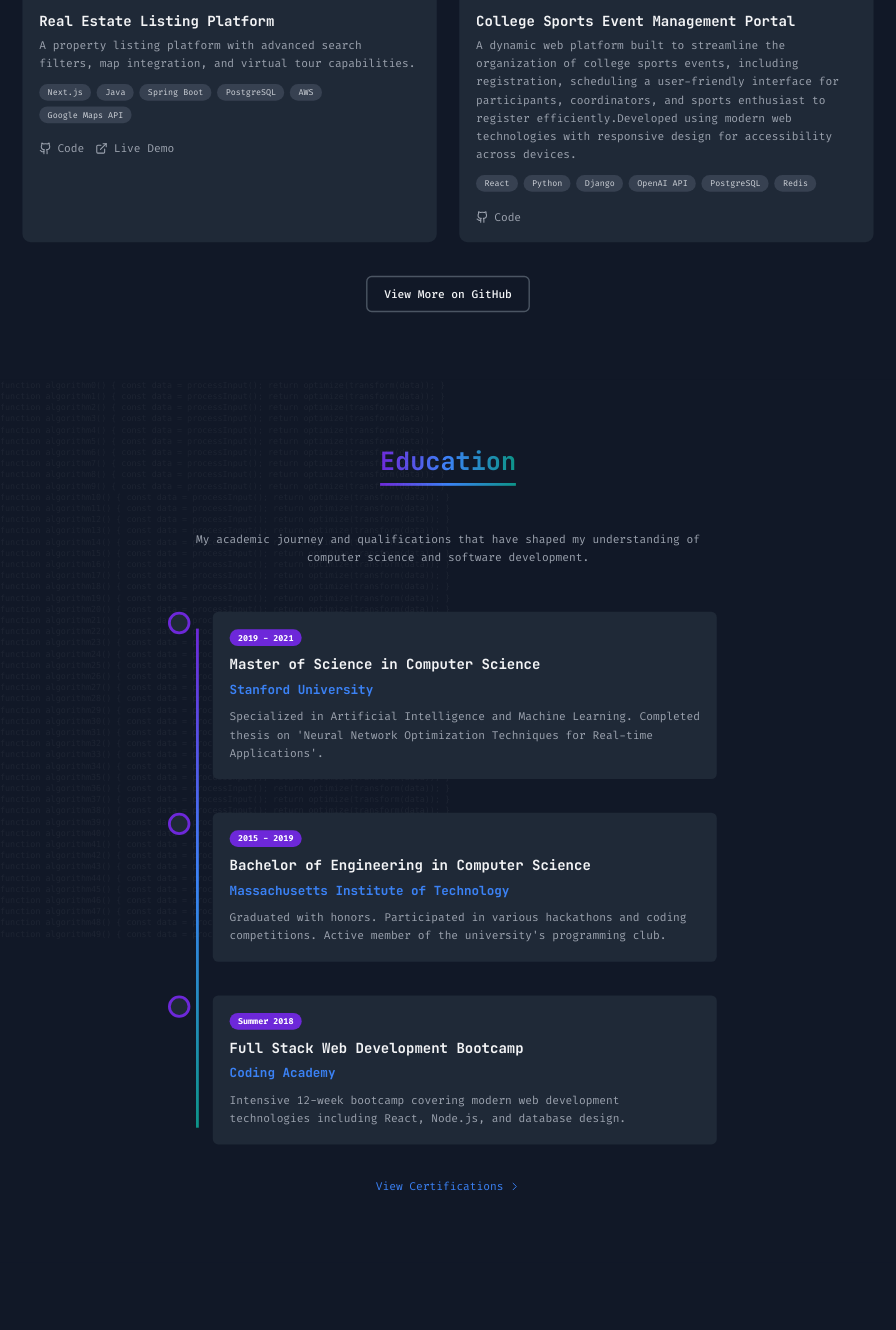
Repository: Saquib45/portfolio
Page: /
These files come from the project's save history. The page is drawn as it stood at one moment and after a run of saves; the edit follows.
The browser window is 1280 px wide. The pictures show the part of the page from y = 3520 to 5420 px (the page is 7712 px tall), at 70% of full size.
The project was rebuilt for these pictures with package versions that can differ from the ones it lists, and the page was loaded fresh each time. Also part of the build but not shown: vite.config.ts.

Above is the page before, as saved 2025-04-23 21:36:08.

### index.html
<!doctype html>
<html lang="en">
  <head>
    <meta charset="UTF-8" />
    <link rel="icon" type="image/svg+xml" href="/vite.svg" />
    <meta name="viewport" content="width=device-width, initial-scale=1.0" />
    <title>Developer Portfolio | Fullstack Software Engineer</title>
    <link rel="preconnect" href="https://fonts.googleapis.com">
    <link rel="preconnect" href="https://fonts.gstatic.com" crossorigin>
    <link href="https://fonts.googleapis.com/css2?family=JetBrains+Mono:wght@400;500;700&family=Fira+Code:wght@300;400;500;700&display=swap" rel="stylesheet">
  </head>
  <body>
    <div id="root"></div>
    <script type="module" src="/src/main.tsx"></script>
  </body>
</html>

### src/App.tsx
import React from 'react';
import Navbar from './components/Navbar';
import Hero from './components/Hero';
import Skills from './components/Skills';
import Projects from './components/Projects';
import Education from './components/Education';
import About from './components/About';
import Contact from './components/Contact';
import Footer from './components/Footer';
import FloatingNav from './components/FloatingNav';

function App() {
  return (
    <div className="bg-gray-900 text-gray-100 font-fira">
      <Navbar />
      <main>
        <Hero />
        <Skills />
        <Projects />
        <Education />
        <About />
        <Contact />
      </main>
      <Footer />
      <FloatingNav />
    </div>
  );
}

export default App;

### src/index.css
@tailwind base;
@tailwind components;
@tailwind utilities;

@layer base {
  html {
    scroll-behavior: smooth;
  }

  body {
    @apply bg-gray-900 text-gray-100;
    overflow-x: hidden;
  }

  h1, h2, h3, h4, h5, h6 {
    @apply font-jetbrains font-bold;
  }

  h1 {
    @apply text-4xl md:text-5xl lg:text-6xl;
  }

  h2 {
    @apply text-3xl md:text-4xl;
  }

  h3 {
    @apply text-2xl md:text-3xl;
  }

  p {
    @apply leading-relaxed;
  }
}

@layer components {
  .container-custom {
    @apply container mx-auto px-4 sm:px-6 lg:px-8 max-w-7xl;
  }

  .gradient-text {
    @apply bg-clip-text text-transparent bg-gradient-to-r from-primary via-accent to-secondary;
  }

  .section-padding {
    @apply py-16 md:py-24;
  }

  .section-title {
    @apply text-3xl md:text-4xl font-bold mb-12 text-center relative pb-4 inline-block;
  }

  .section-title::after {
    content: '';
    @apply absolute bottom-0 left-0 w-full h-1 bg-gradient-to-r from-primary via-accent to-secondary;
  }

  .card {
    @apply bg-gray-800 rounded-lg p-6 transition-all;
  }

  .btn {
    @apply inline-flex items-center justify-center px-6 py-3 rounded-lg font-medium transition-all duration-300 focus:outline-none focus:ring-2 focus:ring-offset-2 focus:ring-offset-gray-900;
  }

  .btn-primary {
    @apply bg-primary hover:bg-primary-600 text-white focus:ring-primary;
  }

  .btn-secondary {
    @apply bg-secondary hover:bg-secondary-600 text-white focus:ring-secondary;
  }

  .btn-accent {
    @apply bg-accent hover:bg-accent-600 text-white focus:ring-accent;
  }

  .btn-outline {
    @apply border-2 border-gray-600 hover:border-primary hover:text-primary focus:ring-primary;
  }

  .input {
    @apply block w-full px-4 py-3 bg-gray-800 border border-gray-700 rounded-lg focus:outline-none focus:ring-2 focus:ring-primary focus:border-transparent transition-colors;
  }
}

/* Scroll animations */
.fade-in-section {
  opacity: 0;
  transform: translateY(20px);
  transition: opacity 0.6s ease-out, transform 0.6s ease-out;
}

.fade-in-section.is-visible {
  opacity: 1;
  transform: translateY(0);
}

/* Project card hover effect */
.project-card {
  transition: transform 0.3s ease, box-shadow 0.3s ease;
}

.project-card:hover {
  transform: translateY(-5px);
  box-shadow: 0 10px 20px rgba(0, 0, 0, 0.2);
}

/* Cursor animation */
.cursor {
  display: inline-block;
  width: 2px;
  height: 1em;
  background-color: currentColor;
  margin-left: 2px;
  animation: blink 1s infinite;
}

@keyframes blink {
  0%, 100% { opacity: 1; }
  50% { opacity: 0; }
}

/* Skill card hover effect */
.skill-card {
  transition: all 0.3s ease;
}

.skill-card:hover {
  transform: translateY(-5px);
  box-shadow: 0 0 15px rgba(109, 40, 217, 0.5);
}

### src/components/Hero.tsx
import React from 'react';
import { motion } from 'framer-motion';
import { TypeAnimation } from 'react-type-animation';
import { ChevronDown } from 'lucide-react';
import { Link } from 'react-scroll';

const Hero: React.FC = () => {
  return (
    <section
      id="hero"
      className="relative min-h-screen flex items-center justify-center bg-hero-pattern bg-gray-900 overflow-hidden"
    >
      <div className="absolute inset-0 bg-gradient-radial from-transparent to-gray-900 z-0"></div>

      {/* Animated Background Elements */}
      <div className="absolute inset-0 z-0">
        <motion.div
          className="absolute top-1/4 left-1/4 w-64 h-64 bg-primary/20 rounded-full blur-3xl"
          animate={{
            x: [0, 50, 0],
            y: [0, 30, 0],
          }}
          transition={{
            duration: 15,
            repeat: Infinity,
            ease: "easeInOut"
          }}
        />
        <motion.div
          className="absolute bottom-1/3 right-1/3 w-96 h-96 bg-secondary/20 rounded-full blur-3xl"
          animate={{
            x: [0, -70, 0],
            y: [0, 40, 0],
          }}
          transition={{
            duration: 18,
            repeat: Infinity,
            ease: "easeInOut",
            delay: 1
          }}
        />
        <motion.div
          className="absolute top-1/2 right-1/4 w-72 h-72 bg-accent/20 rounded-full blur-3xl"
          animate={{
            x: [0, 60, 0],
            y: [0, -40, 0],
          }}
          transition={{
            duration: 20,
            repeat: Infinity,
            ease: "easeInOut",
            delay: 2
          }}
        />
      </div>

      <div className="container-custom relative z-10">
        <motion.div
          className="text-center"
          initial={{ opacity: 0, y: 20 }}
          animate={{ opacity: 1, y: 0 }}
          transition={{ duration: 0.8 }}
        >
          <motion.p
            className="text-lg md:text-xl text-accent mb-4"
            initial={{ opacity: 0 }}
            animate={{ opacity: 1 }}
            transition={{ delay: 0.2, duration: 0.8 }}
          >
            Hello, I'm
          </motion.p>

          <motion.h1
            className="text-4xl md:text-6xl lg:text-7xl font-bold mb-6"
            initial={{ opacity: 0 }}
            animate={{ opacity: 1 }}
            transition={{ delay: 0.4, duration: 0.8 }}
          >
            <span className="gradient-text">Sakib Maniyar</span>
          </motion.h1>

          <motion.div
            className="text-xl md:text-3xl text-gray-300 mb-8 h-16 flex justify-center items-center"
            initial={{ opacity: 0 }}
            animate={{ opacity: 1 }}
            transition={{ delay: 0.6, duration: 0.8 }}
          >
            <TypeAnimation
              sequence={[
                'Fullstack Developer',
                2000,
                'Software Developer',
                2000,
                'Problem Solver',
                2000,
                'Code Craftsman',
                2000,
              ]}
              speed={50}
              repeat={Infinity}
              className="font-jetbrains"
            />
          </motion.div>

          <motion.div
            className="flex flex-col sm:flex-row justify-center gap-4"
            initial={{ opacity: 0 }}
            animate={{ opacity: 1 }}
            transition={{ delay: 0.8, duration: 0.8 }}
          >
            <Link
              to="projects"
              smooth={true}
              duration={800}
              offset={-70}
              className="btn btn-primary"
            >
              View My Work
            </Link>
            <Link
              to="contact"
              smooth={true}
              duration={800}
              offset={-70}
              className="btn btn-outline"
            >
              Contact Me
            </Link>
          </motion.div>
        </motion.div>
      </div>

      <div className="absolute bottom-8 left-1/2 transform -translate-x-1/2 z-10">
        <motion.div
          animate={{ y: [0, 10, 0] }}
          transition={{
            duration: 1.5,
            repeat: Infinity,
            ease: "easeInOut"
          }}
        >
          <Link
            to="skills"
            smooth={true}
            duration={800}
            className="cursor-pointer"
          >
            <ChevronDown className="w-8 h-8 text-gray-400 hover:text-white transition-colors" />
          </Link>
        </motion.div>
      </div>
    </section>
  );
};

export default Hero;

### src/components/Projects.tsx
import React from 'react';
import { motion } from 'framer-motion';
import { useInView } from 'react-intersection-observer';
import { Github, ExternalLink } from 'lucide-react';

interface Project {
  id: number;
  title: string;
  description: string;
  image: string;
  technologies: string[];
  githubUrl: string;
  liveUrl?: string;
}

const Projects: React.FC = () => {
  const [ref, inView] = useInView({
    triggerOnce: true,
    threshold: 0.1,
  });

  const containerVariants = {
    hidden: { opacity: 0 },
    visible: {
      opacity: 1,
      transition: {
        staggerChildren: 0.3,
      },
    },
  };

  const itemVariants = {
    hidden: { y: 50, opacity: 0 },
    visible: {
      y: 0,
      opacity: 1,
      transition: { duration: 0.6, ease: "easeOut" },
    },
  };

  const projects: Project[] = [
    {
      id: 1,
      title: "Smart Contact Manager",
      description: "A full-stack web application to securely manage personal and professional contacts with user authentication. Built using Spring Boot, Thymeleaf, and Tailwind CSS with CRUD operations and role-based access",
      image: "https://encrypted-tbn0.gstatic.com/images?q=tbn:ANd9GcRo5Ic9BMsl1UCj-E2mSzL5K9LyPsfLgJky8g&s",
      technologies: ["Java", "Spring Boot", "SQL", "HTML", "CSS", "JavaScript", "Thymeleaf", "Tailwind CSS"],
      githubUrl: "https://github.com/Saquib45/Manage-Contact.git",
      // liveUrl: "https://example.com",
    },
    {
      id: 1,
      title: "smart contact manager",
      description: "A real-time chat application enabling seamless one-to-one and group messaging with instant delivery. Built using WebSockets for real-time communication and a modern, responsive UI for a smooth user experience.",
      image: "https://images.pexels.com/photos/27550988/pexels-photo-27550988/free-photo-of-a-person-holding-a-cell-phone-in-front-of-a-wooden-table.jpeg?auto=compress&cs=tinysrgb&w=1260&h=750&dpr=2",
      technologies: ["Java", "Spring Boot", "MongoDB", "HTML", "CSS", "JavaScript", "React", "Tailwind CSS"],
      githubUrl: "https://github.com/Saquib45/ChatApplication.git",
      // liveUrl: "https://example.com",
    },
    {
      id: 3,
      title: "Real Estate Listing Platform",
      description: "A property listing platform with advanced search filters, map integration, and virtual tour capabilities.",
      image: "https://images.pexels.com/photos/1546168/pexels-photo-1546168.jpeg?auto=compress&cs=tinysrgb&w=1260&h=750&dpr=2",
      technologies: ["Next.js", "Java", "Spring Boot", "PostgreSQL", "AWS", "Google Maps API"],
      githubUrl: "https://github.com",
      liveUrl: "https://example.com",
    },
    {
      id: 4,
      title: "College Sports Event Management Portal",
      description: "A dynamic web platform built to streamline the organization of college sports events, including registration, scheduling a user-friendly interface for participants, coordinators, and sports enthusiast to register efficiently.Developed using modern web technologies with responsive design for accessibility across devices.",
      image: "https://images.pexels.com/photos/5380642/pexels-photo-5380642.jpeg?auto=compress&cs=tinysrgb&w=1260&h=750&dpr=2",
      technologies: ["React", "Python", "Django", "OpenAI API", "PostgreSQL", "Redis"],
      githubUrl: "https://github.com",
    },
  ];

  return (
    <section id="projects" className="section-padding bg-gray-900">
      <div className="container-custom">
        <div className="text-center mb-16">
          <h2 className="section-title inline-block">
            <span className="gradient-text">Featured Projects</span>
          </h2>
          <p className="mt-4 text-gray-400 max-w-3xl mx-auto">
            A selection of my recent work, showcasing my skills in frontend and backend development,
            as well as my ability to create complete, production-ready applications.
          </p>
        </div>

        <motion.div
          ref={ref}
          variants={containerVariants}
          initial="hidden"
          animate={inView ? "visible" : "hidden"}
          className="grid grid-cols-1 md:grid-cols-2 gap-8"
        >
          {projects.map((project) => (
            <motion.div
              key={project.id}
              variants={itemVariants}
              className="project-card bg-gray-800 rounded-xl overflow-hidden"
            >
              <div className="relative h-60 overflow-hidden">
                <img
                  src={project.image}
                  alt={project.title}
                  className="w-full h-full object-cover transition-transform duration-500 hover:scale-110"
                />
              </div>
              <div className="p-6">
                <h3 className="text-xl font-bold mb-2">{project.title}</h3>
                <p className="text-gray-400 mb-4">{project.description}</p>
                <div className="mb-6">
                  <div className="flex flex-wrap gap-2">
                    {project.technologies.map((tech, index) => (
                      <span
                        key={index}
                        className="text-xs px-3 py-1 bg-gray-700 text-gray-300 rounded-full"
                      >
                        {tech}
                      </span>
                    ))}
                  </div>
                </div>
                <div className="flex gap-4">
                  <a
                    href={project.githubUrl}
                    target="_blank"
                    rel="noopener noreferrer"
                    className="flex items-center gap-2 text-gray-400 hover:text-primary transition-colors"
                  >
                    <Github size={18} />
                    <span>Code</span>
                  </a>
                  {project.liveUrl && (
                    <a
                      href={project.liveUrl}
                      target="_blank"
                      rel="noopener noreferrer"
                      className="flex items-center gap-2 text-gray-400 hover:text-accent transition-colors"
                    >
                      <ExternalLink size={18} />
                      <span>Live Demo</span>
                    </a>
                  )}
                </div>
              </div>
            </motion.div>
          ))}
        </motion.div>

        <div className="mt-12 text-center">
          <a
            href="https://github.com"
            target="_blank"
            rel="noopener noreferrer"
            className="btn btn-outline"
          >
            View More on GitHub
          </a>
        </div>
      </div>
    </section>
  );
};

export default Projects;

### src/components/Footer.tsx
import React from 'react';
import { Github, Linkedin, Twitter, ArrowUp } from 'lucide-react';
import { Link } from 'react-scroll';

const Footer: React.FC = () => {
  const currentYear = new Date().getFullYear();

  return (
    <footer className="bg-gray-950 pt-16 pb-6 relative">
      <div className="container-custom">
        <div className="grid grid-cols-1 md:grid-cols-2 lg:grid-cols-4 gap-8 mb-12">
          <div>
            <h4 className="text-xl font-bold mb-4 gradient-text">
              DEVFOLIO
            </h4>
            <p className="text-gray-400 mb-4">
              Fullstack developer specializing in building exceptional digital experiences.
            </p>
            <div className="flex space-x-4">
              <a
                href="https://github.com"
                target="_blank"
                rel="noopener noreferrer"
                className="text-gray-400 hover:text-primary transition-colors"
                aria-label="GitHub"
              >
                <Github size={20} />
              </a>
              <a
                href="https://linkedin.com"
                target="_blank"
                rel="noopener noreferrer"
                className="text-gray-400 hover:text-accent transition-colors"
                aria-label="LinkedIn"
              >
                <Linkedin size={20} />
              </a>
              <a
                href="https://twitter.com"
                target="_blank"
                rel="noopener noreferrer"
                className="text-gray-400 hover:text-secondary transition-colors"
                aria-label="Twitter"
              >
                <Twitter size={20} />
              </a>
            </div>
          </div>

          <div>
            <h4 className="text-lg font-bold mb-4">Navigation</h4>
            <ul className="space-y-2">
              {['Home', 'Skills', 'Projects', 'Education', 'About', 'Contact'].map((item) => (
                <li key={item}>
                  <Link
                    to={item.toLowerCase()}
                    smooth={true}
                    duration={500}
                    offset={-70}
                    className="text-gray-400 hover:text-primary transition-colors cursor-pointer"
                  >
                    {item}
                  </Link>
                </li>
              ))}
            </ul>
          </div>

          <div>
            <h4 className="text-lg font-bold mb-4">Services</h4>
            <ul className="space-y-2">
              {['Web Development', 'Frontend Design', 'Backend Systems', 'API Development', 'Database Design', 'UI/UX Design'].map((item) => (
                <li key={item}>
                  <span className="text-gray-400 cursor-default">{item}</span>
                </li>
              ))}
            </ul>
          </div>

          <div>
            <h4 className="text-lg font-bold mb-4">Contact</h4>
            <ul className="space-y-2 text-gray-400">
              <li>San Francisco, California</li>
              <li>contact@johndoe.dev</li>
              <li>+1 (234) 567-8900</li>
            </ul>
          </div>
        </div>

        <div className="border-t border-gray-800 pt-6 mt-6 flex flex-col sm:flex-row justify-between items-center">
          <p className="text-gray-500 text-sm mb-4 sm:mb-0">
            &copy; {currentYear} John Doe. All rights reserved.
          </p>
          <Link
            to="hero"
            smooth={true}
            duration={800}
            className="p-3 bg-gray-800 rounded-full text-gray-400 hover:text-white transition-colors cursor-pointer"
            aria-label="Back to top"
          >
            <ArrowUp size={20} />
          </Link>
        </div>
      </div>
    </footer>
  );
};

export default Footer;

### src/components/FloatingNav.tsx
import React, { useState, useEffect } from 'react';
import { Link } from 'react-scroll';
import { Home, Code, Briefcase, GraduationCap, User, Mail, Menu, X } from 'lucide-react';

const FloatingNav: React.FC = () => {
  const [isVisible, setIsVisible] = useState(false);
  const [isOpen, setIsOpen] = useState(false);

  useEffect(() => {
    const toggleVisibility = () => {
      if (window.scrollY > 300) {
        setIsVisible(true);
      } else {
        setIsVisible(false);
        setIsOpen(false);
      }
    };

    window.addEventListener('scroll', toggleVisibility);
    return () => window.removeEventListener('scroll', toggleVisibility);
  }, []);

  const toggleMenu = () => {
    setIsOpen(!isOpen);
  };

  const navItems = [
    { name: 'Home', icon: <Home size={18} />, target: 'hero' },
    { name: 'Skills', icon: <Code size={18} />, target: 'skills' },
    { name: 'Projects', icon: <Briefcase size={18} />, target: 'projects' },
    { name: 'Education', icon: <GraduationCap size={18} />, target: 'education' },
    { name: 'About', icon: <User size={18} />, target: 'about' },
    { name: 'Contact', icon: <Mail size={18} />, target: 'contact' },
  ];

  if (!isVisible) return null;

  return (
    <div className="fixed bottom-6 right-6 z-50">
      <button
        onClick={toggleMenu}
        className={`w-12 h-12 rounded-full flex items-center justify-center ${
          isOpen ? 'bg-primary text-white' : 'bg-gray-800 text-white'
        } shadow-lg hover:shadow-xl transition-all duration-300 focus:outline-none`}
        aria-label={isOpen ? 'Close navigation menu' : 'Open navigation menu'}
      >
        {isOpen ? <X size={20} /> : <Menu size={20} />}
      </button>

      {isOpen && (
        <div className="absolute right-0 bottom-16 p-2 bg-gray-800 rounded-lg shadow-xl">
          <ul className="space-y-2">
            {navItems.map((item) => (
              <li key={item.name}>
                <Link
                  to={item.target}
                  smooth={true}
                  duration={500}
                  offset={-70}
                  onClick={() => setIsOpen(false)}
                  className="flex items-center px-4 py-2 rounded-lg hover:bg-gray-700 text-gray-300 hover:text-white transition-colors cursor-pointer"
                >
                  <span className="mr-3">{item.icon}</span>
                  <span>{item.name}</span>
                </Link>
              </li>
            ))}
          </ul>
        </div>
      )}
    </div>
  );
};

export default FloatingNav;

Loaded but not shown: src/main.tsx (common file); tailwind.config.js (68 lines, source omitted); src/components/Contact.tsx (242 lines, source omitted); src/components/Skills.tsx (144 lines, source omitted); src/components/About.tsx (113 lines, source omitted); src/components/Navbar.tsx (154 lines, source omitted); src/components/Education.tsx (134 lines, source omitted)

After the next 4 saves:
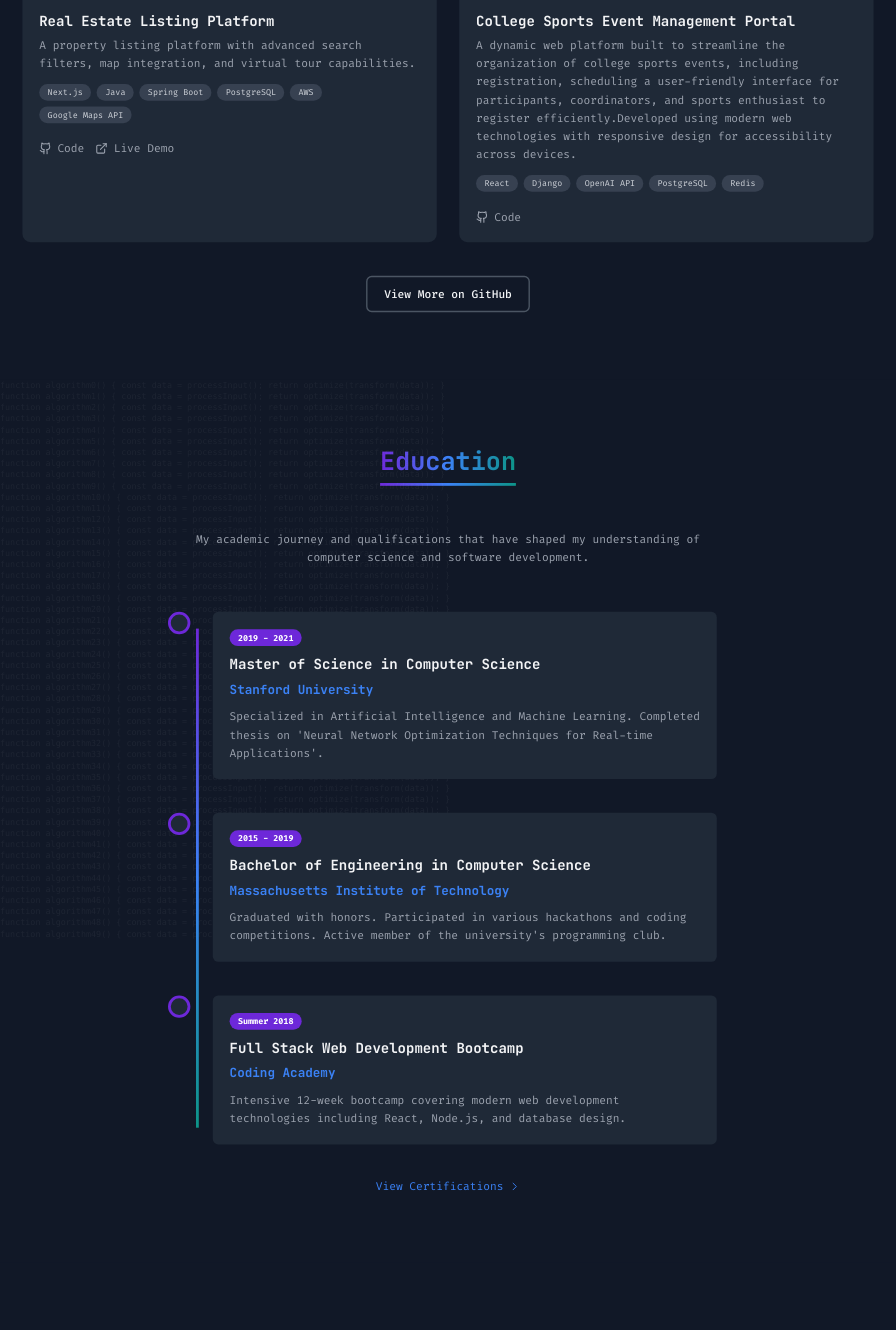
The 4 saves are shown as one change because they came seconds apart.
The last was saved 17 s later.
--- a/src/components/Projects.tsx
+++ b/src/components/Projects.tsx
@@ -71,7 +71,7 @@ const Projects: React.FC = () => {
       title: "College Sports Event Management Portal",
       description: "A dynamic web platform built to streamline the organization of college sports events, including registration, scheduling a user-friendly interface for participants, coordinators, and sports enthusiast to register efficiently.Developed using modern web technologies with responsive design for accessibility across devices.",
       image: "https://images.pexels.com/photos/5380642/pexels-photo-5380642.jpeg?auto=compress&cs=tinysrgb&w=1260&h=750&dpr=2",
-      technologies: ["React", "Python", "Django", "OpenAI API", "PostgreSQL", "Redis"],
+      technologies: ["React", "Django", "OpenAI API", "PostgreSQL", "Redis"],
       githubUrl: "https://github.com",
     },
   ];
